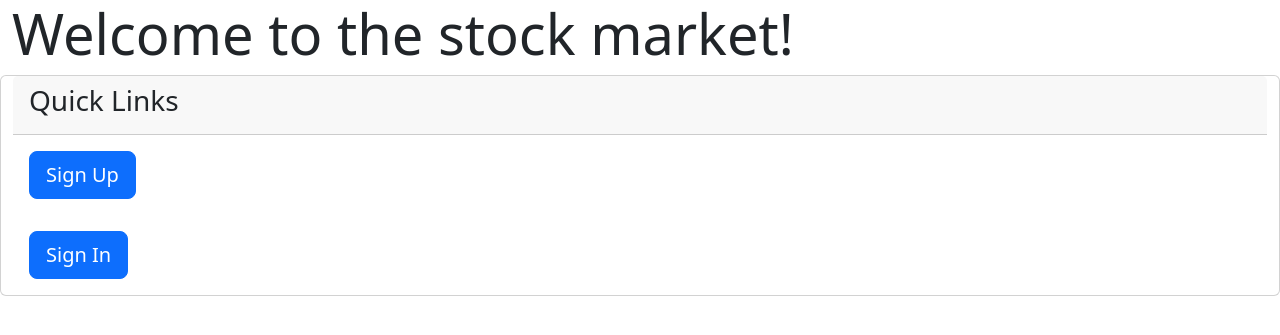
Repository: abdelbaset99/StockMarket
Page: / (app in stockmarket/)
These files come from the project's save history. The page is drawn as it stood at one moment and after a run of saves; the edit follows.
The browser window is 1280 px wide. The pictures show the whole page.
The project was rebuilt for these pictures with package versions that can differ from the ones it lists, and the page was loaded fresh each time. Also part of the build but not shown: stockmarket/angular.json, stockmarket/src/app/orders/orders.component.ts, stockmarket/src/app/order.service.ts, stockmarket/src/app/stocks/stocks.component.ts, stockmarket/src/app/stock.service.ts.

Above is the page before, as saved 2023-07-13 12:47:17.

After the next 2 saves:
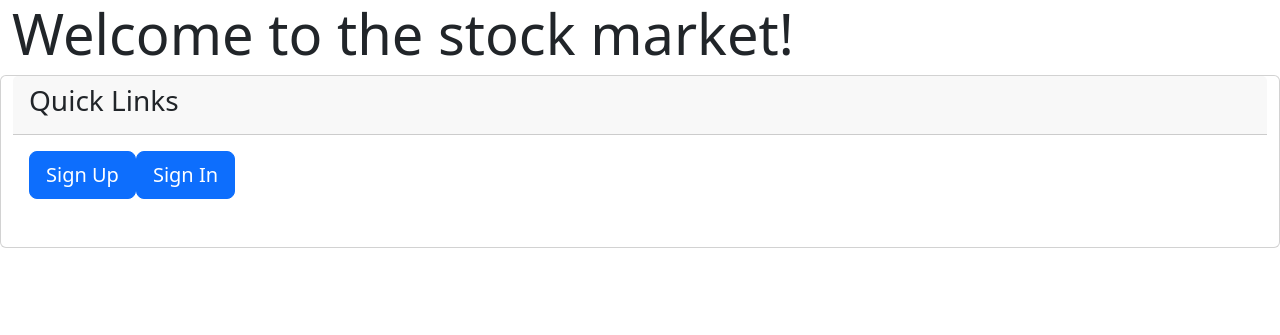
The 2 saves are shown as one change because they came seconds apart.
The last was saved 14 s later.
--- a/stockmarket/src/app/home/home.component.html
+++ b/stockmarket/src/app/home/home.component.html
@@ -21,11 +21,11 @@
           <!-- <a class="btn btn-primary btn-lg btn-block" routerLink="/stocks">View Stocks</a>
             <a class="btn btn-secondary btn-lg btn-block" routerLink="/orders">View Orders</a> -->
           <a class="btn btn-primary btn-lg btn-block" (click)="signUp.showModal()">Sign Up</a>
+          <a class="btn btn-primary btn-lg btn-block" (click)="signIn.showModal()">Sign In</a>
         </div>
         <div class="card-body">
           <!-- <a class="btn btn-primary btn-lg btn-block" routerLink="/stocks">View Stocks</a>
                     <a class="btn btn-secondary btn-lg btn-block" routerLink="/orders">View Orders</a> -->
-          <a class="btn btn-primary btn-lg btn-block" (click)="signIn.showModal()">Sign In</a>
         </div>
       </div>
     </div>
